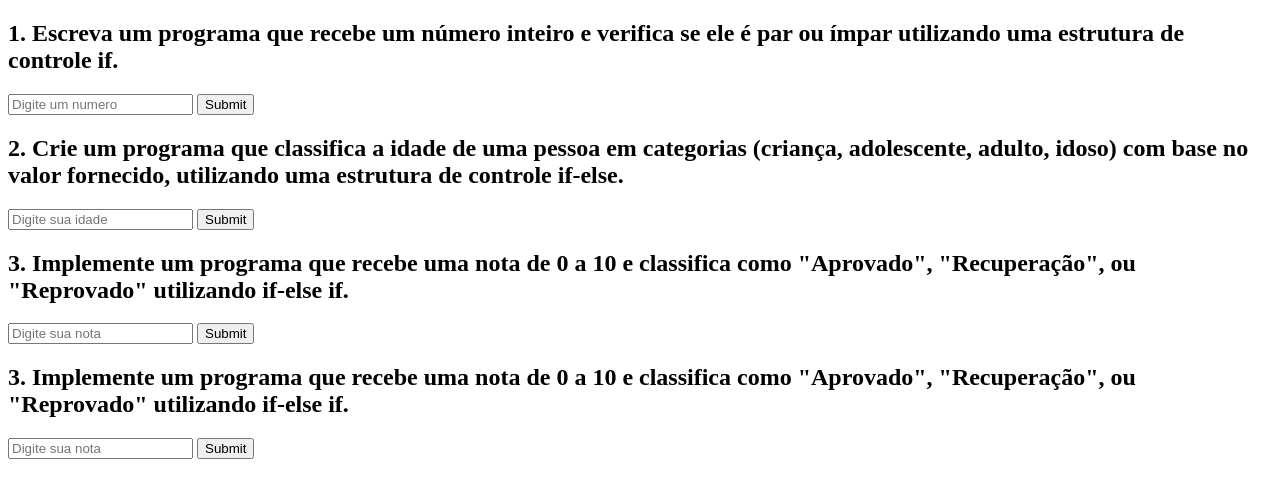
Repository: chidekina/prati-logica
Page: index.html
The author's editor kept a copy of each file at every save. The page is drawn from the files as they stood at one save, then again after the next save.
The browser window is 1280 px wide. The pictures show the whole page.

Above is the page before, as saved 2025-04-29 14:24:36.

After the next save:
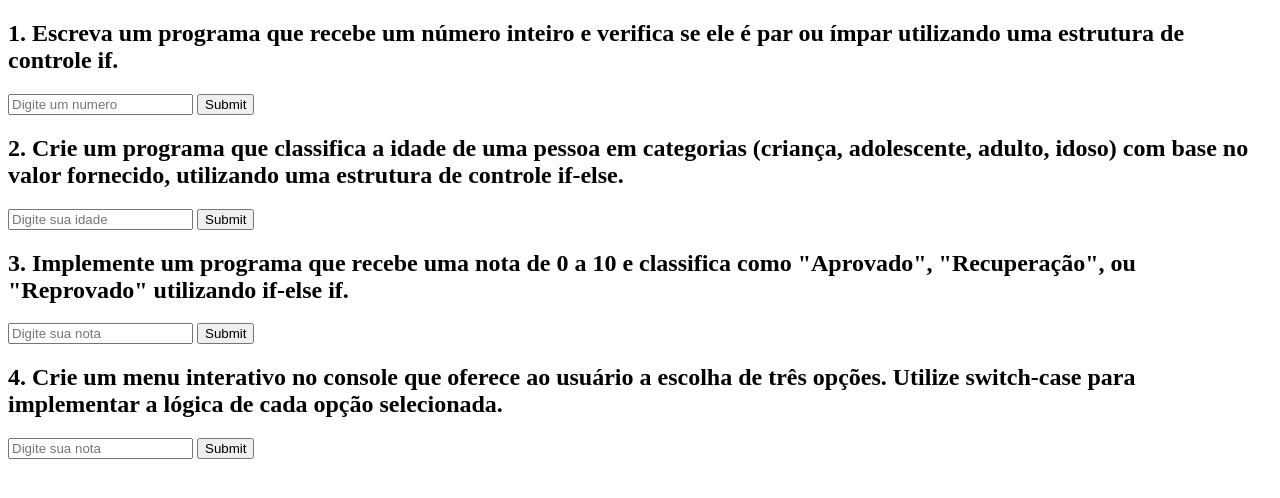
Saved 20 s later.
--- a/index.html
+++ b/index.html
@@ -43,8 +43,8 @@ controle if-else.
 </div>
     <div>
         <h2>
-            3. Implemente um programa que recebe uma nota de 0 a 10 e classifica como
-"Aprovado", "Recuperação", ou "Reprovado" utilizando if-else if.
+            4. Crie um menu interativo no console que oferece ao usuário a escolha de três opções.
+Utilize switch-case para implementar a lógica de cada opção selecionada.
     </h2>
     <div>
         <input id="task3" type="text" placeholder="Digite sua nota" />
